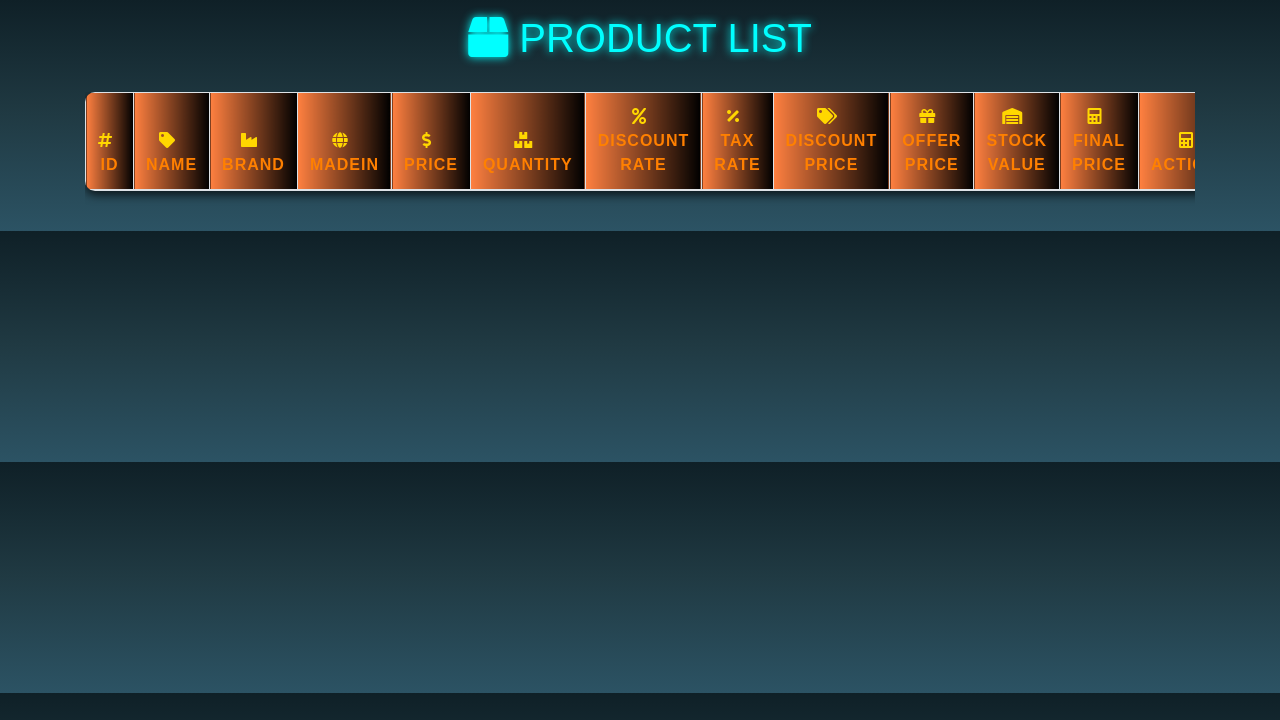
Repository: Ravi-kishor-09/Ravi-projects
Page: http://localhost/product-list
These files come from the project's save history. The page is drawn as it stood at one moment and after the next save; the edit follows.
The browser window is 1280 px wide. The pictures show the whole page.
The page is this project's Thymeleaf template; nobody is signed in. The template is opened directly, without the code that normally fills it, so the values that code supplies are empty.

Above is the page before, as saved 2024-12-21 07:11:10.

### spring1/src/main/resources/templates/product-list.html
<!DOCTYPE html>
<html lang="en">
<head>
    <meta charset="UTF-8">
    <meta name="viewport" content="width=device-width, initial-scale=1.0">
    <title>Product List</title>
    <!-- Bootstrap CSS -->
    <link href="https://maxcdn.bootstrapcdn.com/bootstrap/4.5.2/css/bootstrap.min.css" rel="stylesheet">
    <!-- Font Awesome for Icons -->
    <link href="https://cdnjs.cloudflare.com/ajax/libs/font-awesome/5.15.4/css/all.min.css" rel="stylesheet">
    <style>
        /* General Styles */
        body {
            background: linear-gradient(to bottom, #0f2027, #203a43, #2c5364);
            color: white;
            font-family: 'Arial', sans-serif;
        }
        h1 {
            color: aqua;
            margin-bottom: 20px;
            text-shadow: 0 0 10px aqua;
            animation: text-jump 2s infinite;
        }
        @keyframes text-jump {
            0%, 100% { transform: translateY(0); }
            50% { transform: translateY(-10px); }
        }

        /* Table Styles */
        table {
            background-color: rgba(0, 0, 0, 0.8);
            border-radius: 10px;
            overflow: hidden;
            box-shadow: 0 4px 10px rgba(0, 0, 0, 0.7);
        }
        thead th {
            background: linear-gradient(90deg, rgb(255, 128, 64), rgb(0, 0, 0));
            color: rgb(255, 128, 0);
            font-weight: bolder;
            font-size: medium;
            text-transform: uppercase;
            letter-spacing: 1px;
        }
        tbody td {
            color: #d4f3ef;
        }
        tbody tr {
            transition: background-color 0.3s, transform 0.3s;
        }
        tbody tr:hover {
            background: #333;
            transform: scale(1.02);
            cursor: pointer;
        }

        /* Column Icons */
        .icon {
            color: gold;
            margin-right: 8px;
        }

        /* Button and Interaction Styles */
        .btn {
            border: none;
            color: white;
            background: linear-gradient(90deg, #56ab2f, #a8e063);
            padding: 8px 15px;
            border-radius: 20px;
            transition: all 0.3s ease-in-out;
        }
        .btn:hover {
            background: linear-gradient(90deg, #a8e063, #56ab2f);
            box-shadow: 0 0 10px #a8e063;
        }

        /* Row Glow Effect */
        tbody tr:hover td {
            text-shadow: 0 0 8px #39ff14;
        }

        /* Delete Animation */
        tbody tr.deleting {
            animation: deleteAnimation 1s forwards;
        }

        @keyframes deleteAnimation {
            10% {
                background-color: red;
                transform: scale(1);
                opacity: 1;
            }
            30% {
                background-color: yellow;
                transform: scale(5);
            }
            70% {
                background-color: transparent;
                transform: scale(9);
                opacity: 0;
            }
        }

        /* Responsive Styles */
        @media (max-width: 768px) {
            h1 {
                font-size: 1.5rem;
            }
            table {
                font-size: 0.9rem;
            }
        }
    </style>
</head>
<body>
    <div class="container text-center py-4">
        <h1><i class="fas fa-box"></i> PRODUCT LIST</h1>
        <div class="table-responsive">
            <table class="table table-bordered table-hover">
                <thead>
                    <tr>
                        <th><i class="fas fa-hashtag icon"></i>Id</th>
                        <th><i class="fas fa-tag icon"></i>Name</th>
                        <th><i class="fas fa-industry icon"></i>Brand</th>
                        <th><i class="fas fa-globe icon"></i>MadeIn</th>
                        <th><i class="fas fa-dollar-sign icon"></i>Price</th>
                        <th><i class="fas fa-boxes icon"></i>Quantity</th>
                        <th><i class="fas fa-percent icon"></i>Discount Rate</th>
                        <th><i class="fas fa-percentage icon"></i>Tax Rate</th>
                        <th><i class="fas fa-tags icon"></i>Discount Price</th>
                        <th><i class="fas fa-gift icon"></i>Offer Price</th>
                        <th><i class="fas fa-warehouse icon"></i>Stock Value</th>
                        <th><i class="fas fa-calculator icon"></i>Final Price</th>
                        <th><i class="fas fa-calculator icon"></i>Actions</th>
                    </tr>
                </thead>
                <tbody>
                    <tr th:each="product : ${products}">
                        <td th:text="${product.Id}"></td>
                        <td th:text="${product.Name}"></td>
                        <td th:text="${product.Brand}"></td>
                        <td th:text="${product.MadeIn}"></td>
                        <td th:text="${product.price}"></td>
                        <td th:text="${product.Quantity}"></td>
                        <td th:text="${product.discountRate}"></td>
                        <td th:text="${product.taxRate}"></td>
                        <td th:text="${product.discountprice}"></td>
                        <td th:text="${product.offerprice}"></td>
                        <td th:text="${product.stockvalue}"></td>
                        <td th:text="${product.finalprice}"></td>
                        <td>
                            <a th:href="@{'/delete/'+ ${product.id}}" onclick="this.closest('tr').classList.add('deleting');">Delete</a>
                        </td>
                    </tr>
                </tbody>
            </table>
        </div>
    </div>
</body>
</html>

After the next save:
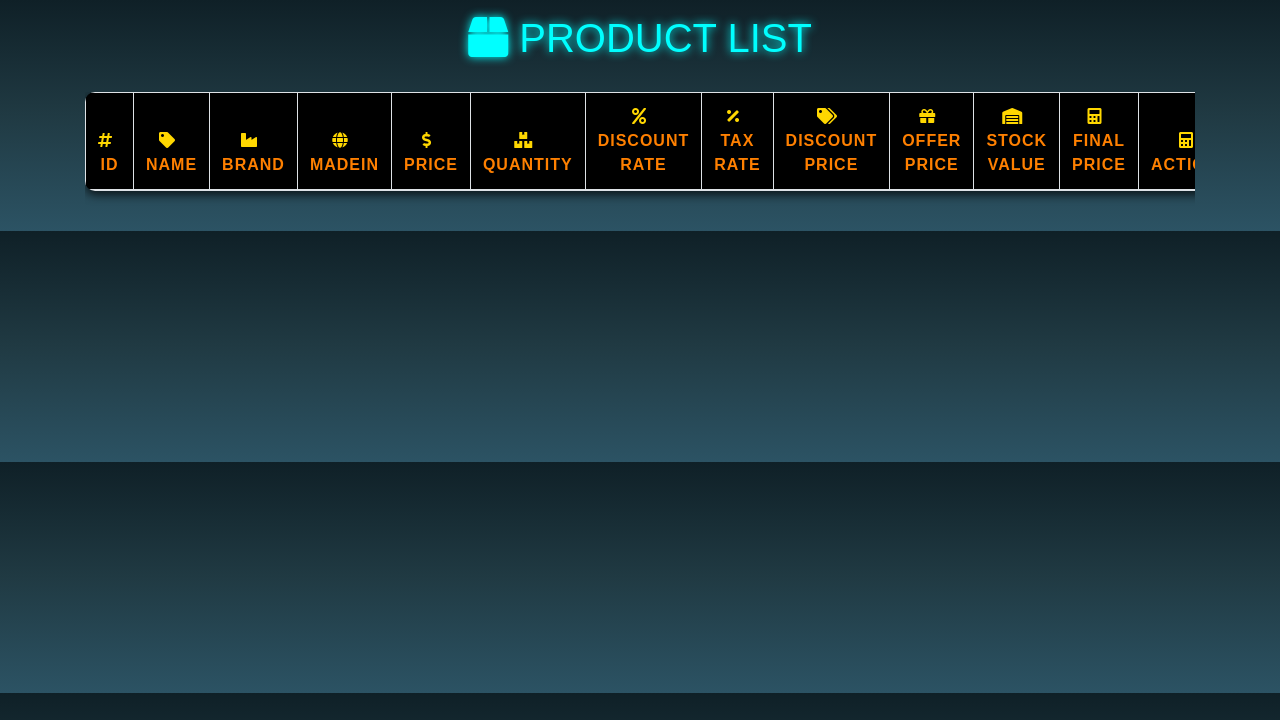
Saved 38 s later.
--- a/spring1/src/main/resources/templates/product-list.html
+++ b/spring1/src/main/resources/templates/product-list.html
@@ -34,7 +34,7 @@
             box-shadow: 0 4px 10px rgba(0, 0, 0, 0.7);
         }
         thead th {
-            background: linear-gradient(90deg, rgb(255, 128, 64), rgb(0, 0, 0));
+            background: linear-gradient(90deg, rgb(0, 0, 0), rgb(0, 0, 0));
             color: rgb(255, 128, 0);
             font-weight: bolder;
             font-size: medium;

After the save that followed:
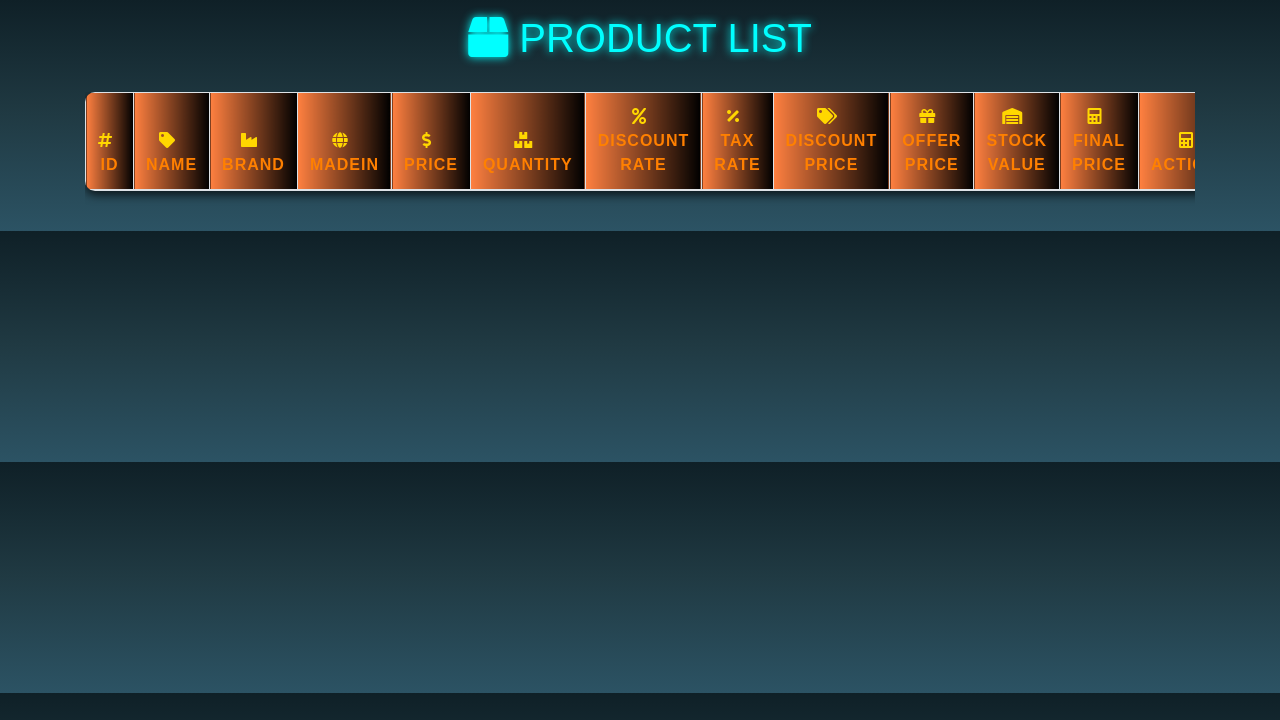
Saved 31 s later.
--- a/spring1/src/main/resources/templates/product-list.html
+++ b/spring1/src/main/resources/templates/product-list.html
@@ -34,7 +34,7 @@
             box-shadow: 0 4px 10px rgba(0, 0, 0, 0.7);
         }
         thead th {
-            background: linear-gradient(90deg, rgb(0, 0, 0), rgb(0, 0, 0));
+            background: linear-gradient(90deg, rgb(255, 128, 64), rgb(0, 0, 0));
             color: rgb(255, 128, 0);
             font-weight: bolder;
             font-size: medium;
